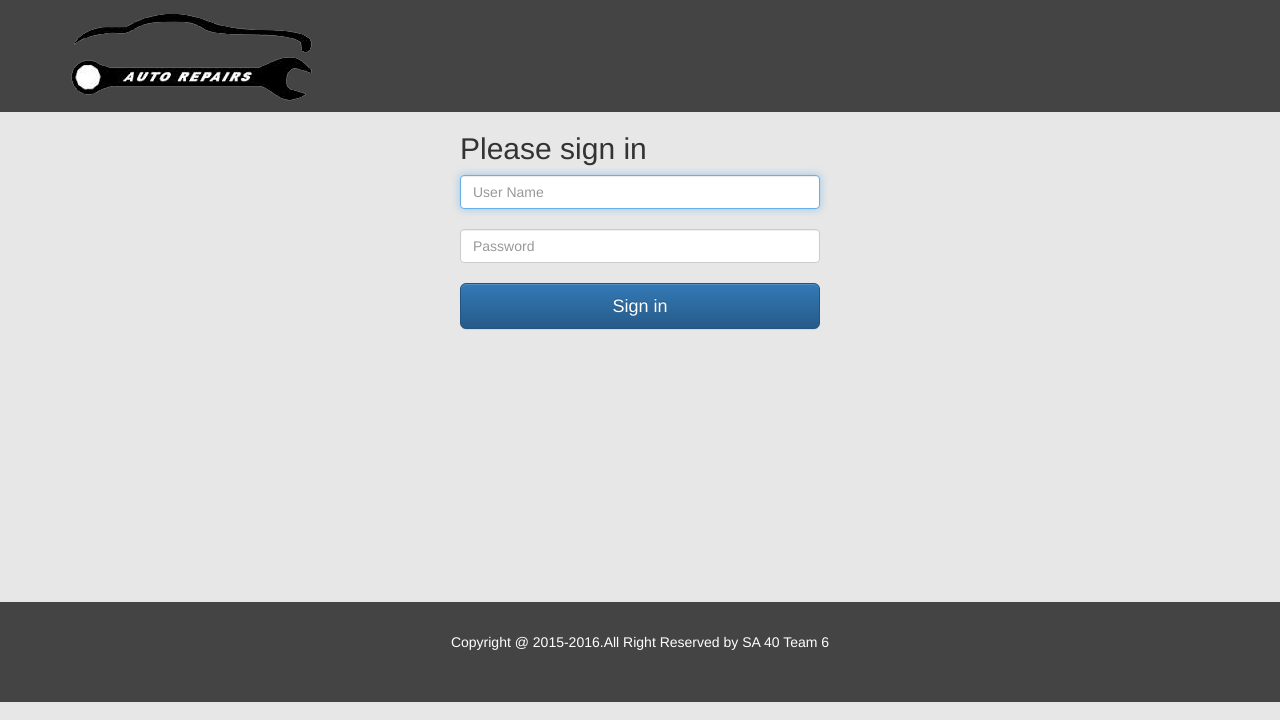
Repository: JiorMajor/InventorySystemWorkspace
Page: http://localhost/InventoryWebSA40Team6/ShowLogin
An editor plug-in stored every save of this project. The page is shown before and after the next save, followed by the edit.
The browser window is 1280 px wide. The pictures show the whole page.
The page is served by Tomcat 9.

Above is the page before, as saved 2015-06-12 17:35:40.

After the next save:
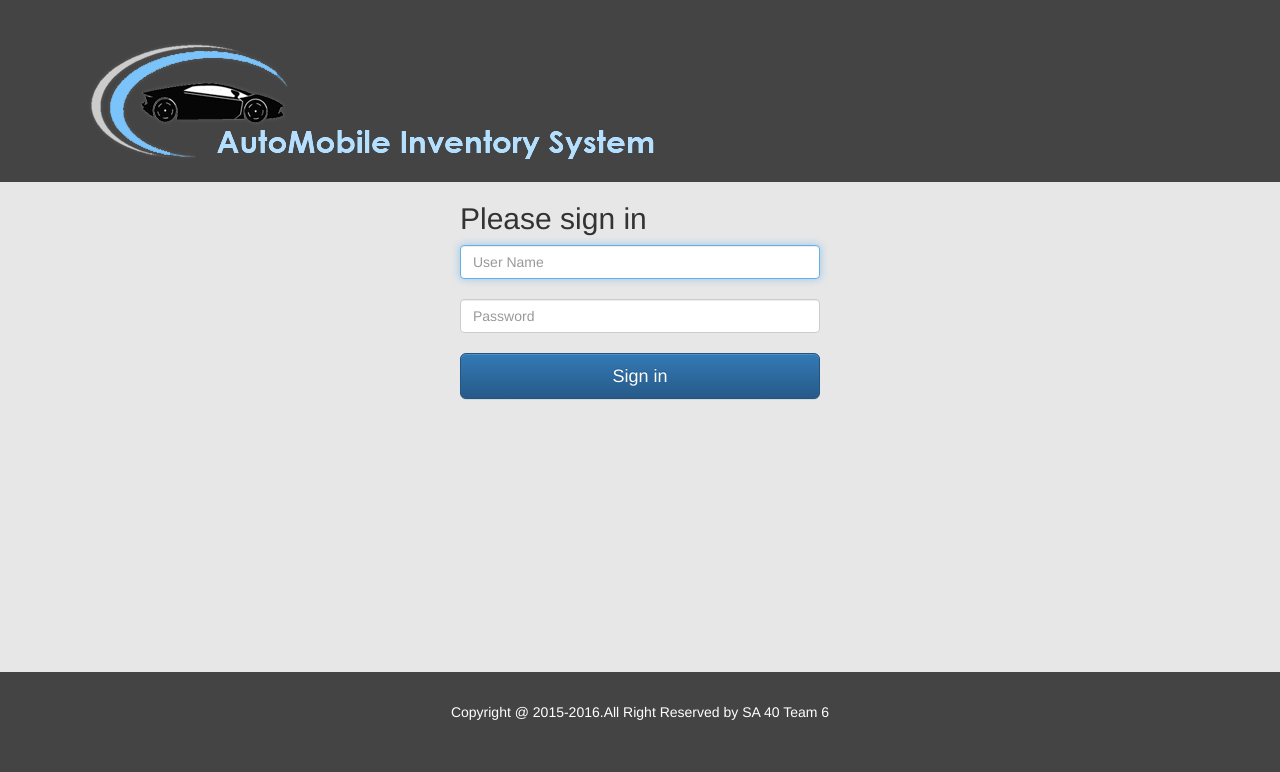
Saved 58 s later.
--- a/InventoryWebSA40Team6/WebContent/index.jsp
+++ b/InventoryWebSA40Team6/WebContent/index.jsp
@@ -22,7 +22,7 @@
 		<div class="container">
 			<div class="row ">
 				<div class="col-lg-12">
-					<a href="#"><img src='images/carlogo.png'></a>
+					<a href="#"><img src='images/3.png'></a>
 				</div>
 			</div>
 		</div>
